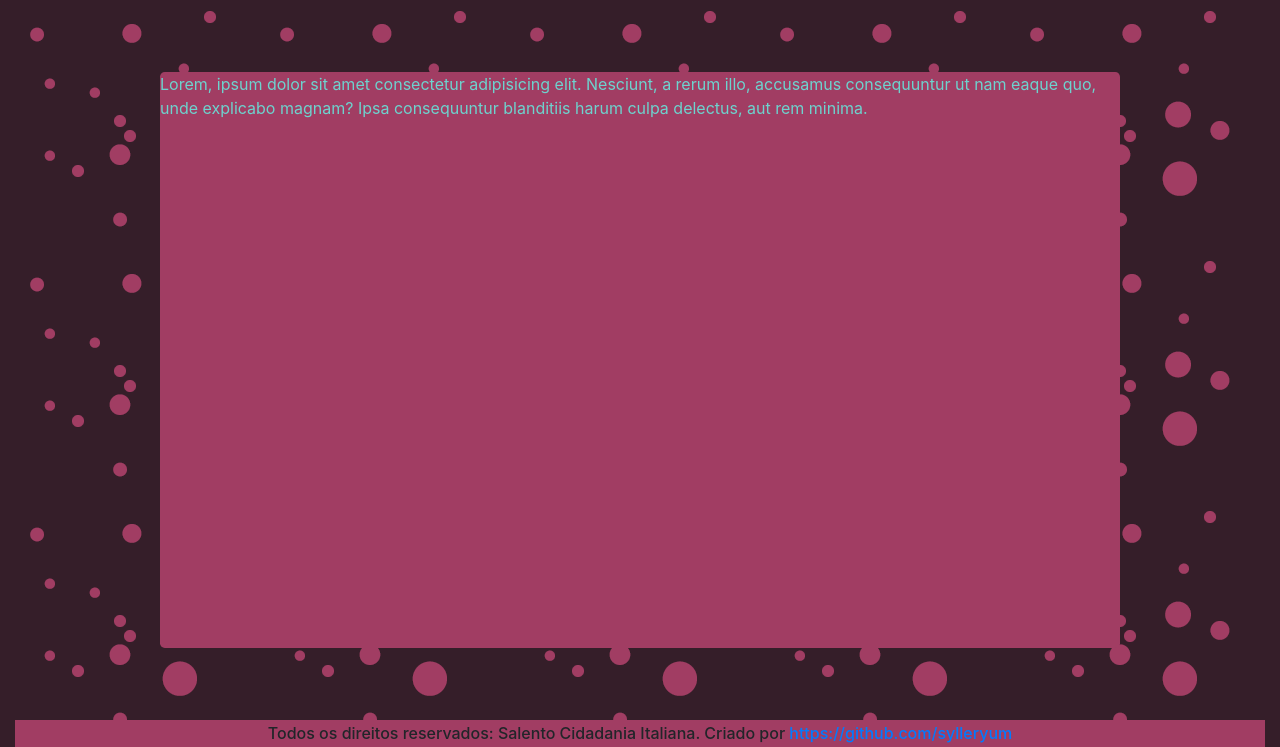
Repository: sylleryum/Frontend
Page: GetTopTracks/index.html
These files come from the project's save history. The page is drawn as it stood at one moment and after a run of saves; the edit follows.
The browser window is 1280 px wide. The pictures show the whole page.

Above is the page before, as saved 2019-10-13 14:47:20.

### GetTopTracks/index.html
<!doctype html>
<html lang="en">
  <head>
    <title>Get top tracks from Artists and albums</title>
    <!-- Required meta tags -->
    <meta charset="utf-8">
    <meta name="viewport" content="width=device-width, initial-scale=1, shrink-to-fit=no">

    <!-- Bootstrap CSS -->
    <link rel="stylesheet" href="https://stackpath.bootstrapcdn.com/bootstrap/4.3.1/css/bootstrap.min.css" integrity="sha384-ggOyR0iXCbMQv3Xipma34MD+dH/1fQ784/j6cY/iJTQUOhcWr7x9JvoRxT2MZw1T" crossorigin="anonymous">

    <!-- main CSS-->
    <link rel="stylesheet" href="style.css">

  </head>
  <body>
      <div class="container-fluid background-master h-100">
          <div class="row align-items-center justify-content-center h-100">
               <div class="h-80 w-75 bg-4 text-1 rounded-lg" id="internal-container">Lorem, ipsum dolor sit amet consectetur adipisicing elit. Nesciunt, a rerum illo, accusamus consequuntur ut nam eaque quo, unde explicabo magnam? Ipsa consequuntur blanditiis harum culpa delectus, aut rem minima.</div>
          </div>
          <footer class="text-center p-1 m-0 bg-4">
               <h6 class="p-0 m-0 text-w">Todos os direitos reservados: Salento Cidadania Italiana. Criado por<a href="https://github.com/sylleryum"> https://github.com/sylleryum</a></h6>

          </footer>
      </div>








    <!-- Optional JavaScript -->
    <!-- jQuery first, then Popper.js, then Bootstrap JS -->
    <script src="https://code.jquery.com/jquery-3.3.1.slim.min.js" integrity="sha384-q8i/X+965DzO0rT7abK41JStQIAqVgRVzpbzo5smXKp4YfRvH+8abtTE1Pi6jizo" crossorigin="anonymous"></script>
    <script src="https://cdnjs.cloudflare.com/ajax/libs/popper.js/1.14.7/umd/popper.min.js" integrity="sha384-UO2eT0CpHqdSJQ6hJty5KVphtPhzWj9WO1clHTMGa3JDZwrnQq4sF86dIHNDz0W1" crossorigin="anonymous"></script>
    <script src="https://stackpath.bootstrapcdn.com/bootstrap/4.3.1/js/bootstrap.min.js" integrity="sha384-JjSmVgyd0p3pXB1rRibZUAYoIIy6OrQ6VrjIEaFf/nJGzIxFDsf4x0xIM+B07jRM" crossorigin="anonymous"></script>
  </body>
</html>

### GetTopTracks/style.css
.background-master{
     background: url(images/bb.png) repeat;
}

.h-100{
     min-height: 100vh;
 }

.h-80{
     min-height: 80vh;
 }

 .bg-1{background: #6dd3ce!important}
 .bg-2{background: #c8e9a0!important}
 .bg-3{background: #f7a278!important}
 .bg-4{background: #a13d63!important}
 .bg-5{background: #351e29!important}

.text-1{color: #6dd3ce!important}
.text-2{color: #c8e9a0!important}
.text-3{color: #f7a278!important}
.text-4{color: #a13d63!important}
.text-5{color: #351e29!important}

After the next 2 saves:
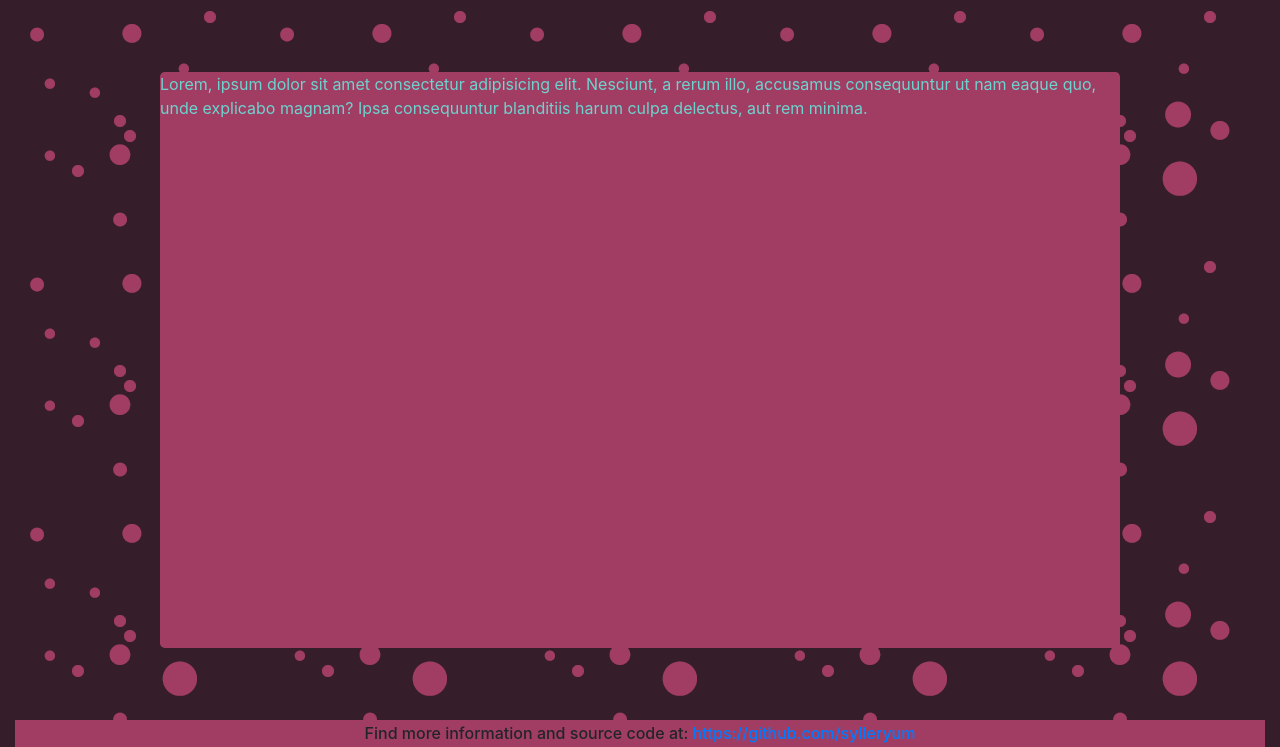
The 2 saves are shown as one change because they came seconds apart.
The last was saved 48 s later.
--- a/GetTopTracks/index.html
+++ b/GetTopTracks/index.html
@@ -19,7 +19,7 @@
                <div class="h-80 w-75 bg-4 text-1 rounded-lg" id="internal-container">Lorem, ipsum dolor sit amet consectetur adipisicing elit. Nesciunt, a rerum illo, accusamus consequuntur ut nam eaque quo, unde explicabo magnam? Ipsa consequuntur blanditiis harum culpa delectus, aut rem minima.</div>
           </div>
           <footer class="text-center p-1 m-0 bg-4">
-               <h6 class="p-0 m-0 text-w">Todos os direitos reservados: Salento Cidadania Italiana. Criado por<a href="https://github.com/sylleryum"> https://github.com/sylleryum</a></h6>
+               <h6 class="p-0 m-0 text-w">Find more information and source code at: <a href="https://github.com/sylleryum"> https://github.com/sylleryum</a></h6>
 
           </footer>
       </div>
